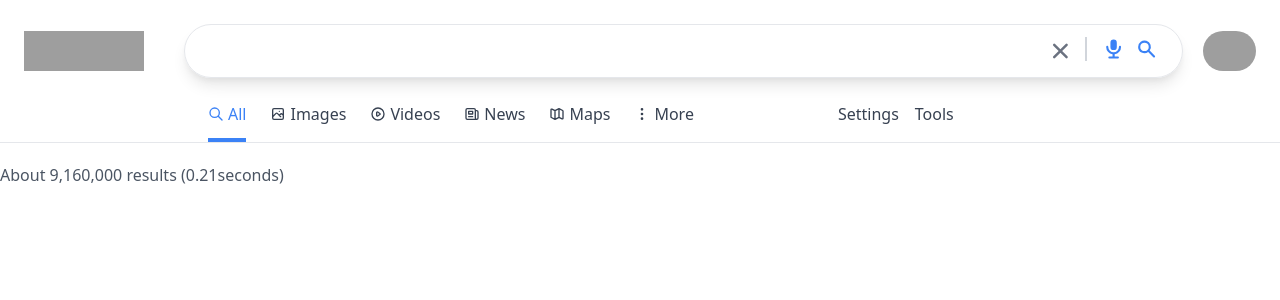
Repository: DecentraMindsCoin/google-search-clone
Page: /search
An editor plug-in stored every save of this project. The page is shown before and after a run of saves, followed by the edit.
The browser window is 1280 px wide. The pictures show the whole page.
Pictures or frames that could not be fetched are drawn as grey boxes. The project was rebuilt for these pictures with package versions that can differ from the ones it lists, and the page was loaded fresh each time. The framework's server and built-in components were replaced by stand-ins that run in the browser. Also part of the build but not shown: next.config.js, Response.js.

Above is the page before, as saved 2021-05-17 17:33:49.

### pages/search.js

import Head from 'next/head';
import Header from '../components/Header';
import { API_KEY, CONTEXT_KEY }  from '../keys';
import Response from "../Response";
import { useRouter } from "next/router";
import SearchResults from '../components/SearchResults';


function Search({ results }) {
    const router = useRouter();

        console.log(results);

    return (
        <div>
            <Head>
                <title>
                    {router.query.term} - Google Search
                </title>
                <link rel="icon" href=""/>
            </Head>
{/* Header */}

<Header />

{/* Search Results */}
<SearchResults results={results} />


        </div>
    )
}

export default Search;

export async function getServerSideProps(context) {

    const useDummyData = true;
    const startIndex = context.query.start || '0';

    const data = useDummyData ? Response : await fetch(`https://www.googleapis.com/customsearch/v1?key=${API_KEY}&cx=${CONTEXT_KEY}&q=${context.query.term}&start=${startIndex}`).then(response => response.json());

    // After the SERVER has rendered Pass the results to the client
    return {
        props: {
            results: data,
        }
        }
    }

### styles/globals.css
/* ./styles/globals.css */
@tailwind base;
@tailwind components;
@tailwind utilities;

@layer components {
  .btn {
    @apply bg-[#f8f9fa] p-3 rounded-md ring-gray-200 text-sm text-gray-800 hover:ring-1 focus:outline-none active:ring-gray-300 hover:shadow-md;
  }
.link {
  @apply hover:underline cursor-pointer;

  }
}

/* import from tailwind.css and delete preset css */
/* add with @apply to hover link as a modifier and cursor pointer */
/* add button btn custom gray and hover for btn className from feeling luck and Google search text */

### components/Header.js
import Image from 'next/image';
import { useRouter } from 'next/router';
import {useRef} from "react"
import { MicrophoneIcon, XIcon, SearchIcon } from '@heroicons/react/solid';
import Avatar from './Avatar';
import HeaderOptions from './HeaderOptions';


function Header() {
    const router = useRouter();
    const searchInputRef = useRef(null);

    const search = e => {
        e.preventDefault();
        const term = searchInputRef.current.value;


        if (!term) return;

        router.push(`./search?term=${term}`);
    }

    return (
        <header className="sticky top-0 bg-white">
            <div className="flex w-full p-6 items-center">
                <Image
            src='https://www.purepng.com/public/uploads/large/purepng.com-google-logo-2015brandlogobrand-logoiconssymbolslogosgoogle-6815229372333mqrr.png'
            height={40}
            width={120}
            onClick={() => router.push("/")}
            className="cursor-pointer" />
            <form className='px-6 py-3 ml-10 mr-5 flex-grow flex border border-gray-200 rounded-full shadow-lg '>
                <input ref={searchInputRef} type='text' className='flex-grow w-full focus:outline-none' type='text' />
                <XIcon className='h-7 sm:mr-3 text-gray-500 cursor-pointer transition duration-100 transform hover:scale-125'
                onClick={() =>(searchInputRef.current.value = "")}/>
                <MicrophoneIcon className='mr-3 h-6 hidden sm:inline-flex text-blue-500 border-l-2 pl-4 border-gray-300' />
                <SearchIcon className='h-6 text-blue-500 hidden sm:inline-flex'/>
                <button hidden type="submit" onClick={search}>Search</button>
            </form>
            <Avatar className='ml-auto 'url='https://coaching.papareact.com/ai9'/>
            </div>

            {/* Header Options Component */}
            <HeaderOptions />

        </header>
    )
}

export default Header

### keys.js
// Api kWZrnVM42QCiEA2Ig1bG8zjoIMOgxWwYCEeNdwY6Tv
export const API_KEY = 'AIzaSyA7YUDNBCQATijP9l34hGIXqMewhriENoQ'
// Context Key - https://cse.google.com/create/new
export const CONTEXT_KEY = '755fce7d6fc28a46b'

### components/SearchResults.js
function SearchResults({ results}) {
    return (
        <div>
            <p className="text-gray-600 text-md mb-5 mt-5">About {results.searchInformation?.formattedTotalResults} results ({results.searchInformation?.formattedSearchTime}seconds) </p>
        </div>
    )
}

export default SearchResults

### components/Avatar.js
function Avatar({url, className }) {
    return (<img loading="lazy"
    className={`h-10 rounded-full cursor-pointer transition duration-150 transform hover:scale-110 ${className}`}
    src={url} alt="Profile Pic" />
    );
}

export default Avatar

### components/HeaderOptions.js
import HeaderOption from "./HeaderOption";
import {

    DotsVerticalIcon, MapIcon, NewspaperIcon, PhotographIcon, PlayIcon, SearchIcon,
} from "@heroicons/react/outline"


function HeaderOptions() {
    return (
        <div className="flex w-full text-gray-700 justify-evenly text-sm lg:text-base lg:justify-start lg:space-x-36 lg:pl-52 border-b">
            {/* left */}
           <div className="flex space-x-6">
               <HeaderOption Icon={SearchIcon}  title="All" selected/>
               <HeaderOption Icon={PhotographIcon} title="Images" />
               <HeaderOption Icon={PlayIcon} title="Videos" />
               <HeaderOption Icon={NewspaperIcon} title="News" />
               <HeaderOption Icon={MapIcon} title="Maps" />
               <HeaderOption Icon={DotsVerticalIcon} title="More" />

           </div>
                {/* right */}
            <div className="flex space-x-4">
                <p className="link">Settings</p>
                <p className="link">Tools</p>
            </div>
        </div>
    )
}

export default HeaderOptions

### components/HeaderOption.js
function HeaderOption({ Icon, title, selected}) {
    return (
        <div className={`flex items-center space-x-1 border-b-4 border-transparent hover:text-blue-500 hover:border-blue-500 pb-3 cursor-pointer ${selected && "text-blue-500 border-blue-500"}`}>
            <Icon className="h-4" />
            <p className="hidden sm:inline-flex">{title}</p>
        </div>
    )
}

export default HeaderOption

### tailwind.config.js
module.exports = {
  mode:'jit',
  purge: ['./pages/**/*.{js,ts,jsx,tsx}', './components/**/*.{js,ts,jsx,tsx}'],
  darkMode: false, // or 'media' or 'class'
  theme: {
    extend: {},
  },
  variants: {
    extend: {},
  },
  plugins: [],
}


//insert purge and mode: jit from tailwind.css

Loaded but not shown: pages/_app.js (common file)

After the next 3 saves:
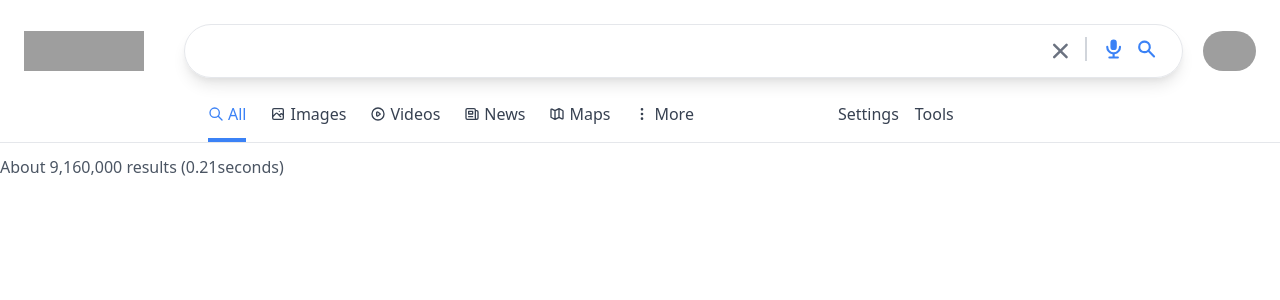
The 3 saves are shown as one change because they came seconds apart.
The last was saved 23 s later.
--- a/components/SearchResults.js
+++ b/components/SearchResults.js
@@ -1,7 +1,7 @@
 function SearchResults({ results}) {
     return (
         <div>
-            <p className="text-gray-600 text-md mb-5 mt-5">About {results.searchInformation?.formattedTotalResults} results ({results.searchInformation?.formattedSearchTime}seconds) </p>
+            <p className="text-gray-600 text-md mb-5 mt-3">About {results.searchInformation?.formattedTotalResults} results ({results.searchInformation?.formattedSearchTime}seconds) </p>
         </div>
     )
 }
